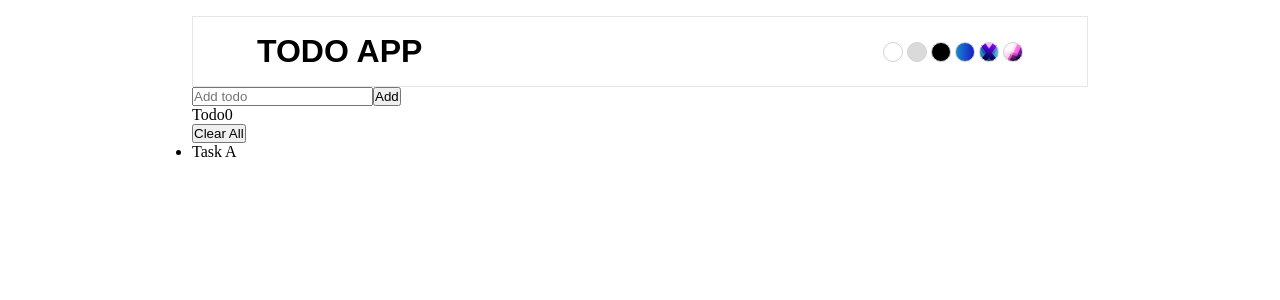
Repository: michalmilek/TodoApp
Page: /
These files come from the project's save history. The page is drawn as it stood at one moment and after the next save; the edit follows.
The browser window is 1280 px wide. The pictures show the whole page.
Some web fonts or font styles are not loaded; a fallback is used. The project was rebuilt for these pictures with package versions that can differ from the ones it lists, and the page was loaded fresh each time. Also part of the build but not shown: vite.config.js.

Above is the page before, as saved 2023-02-01 13:31:12.

After the next save:
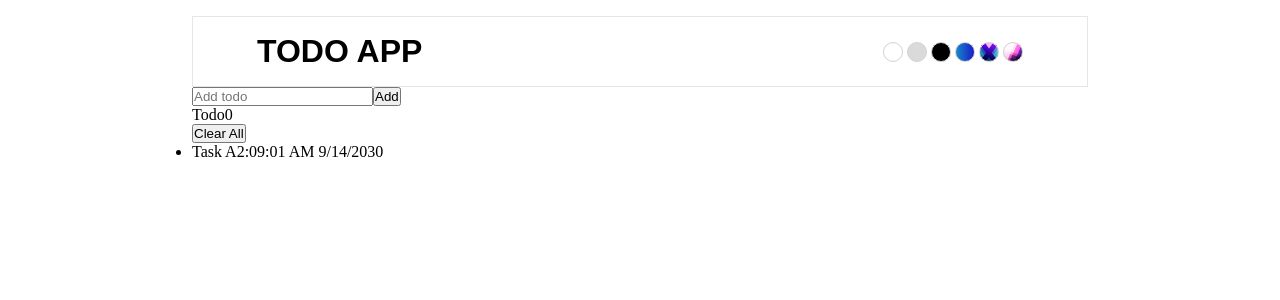
Saved 18 s later.
--- a/src/components/ShowTodo.jsx
+++ b/src/components/ShowTodo.jsx
@@ -14,6 +14,7 @@ const ShowTodo = () => {
         <li>
           <p>
             <span>Task A</span>
+            <span>2:09:01 AM 9/14/2030</span>
           </p>
         </li>
       </ul>
